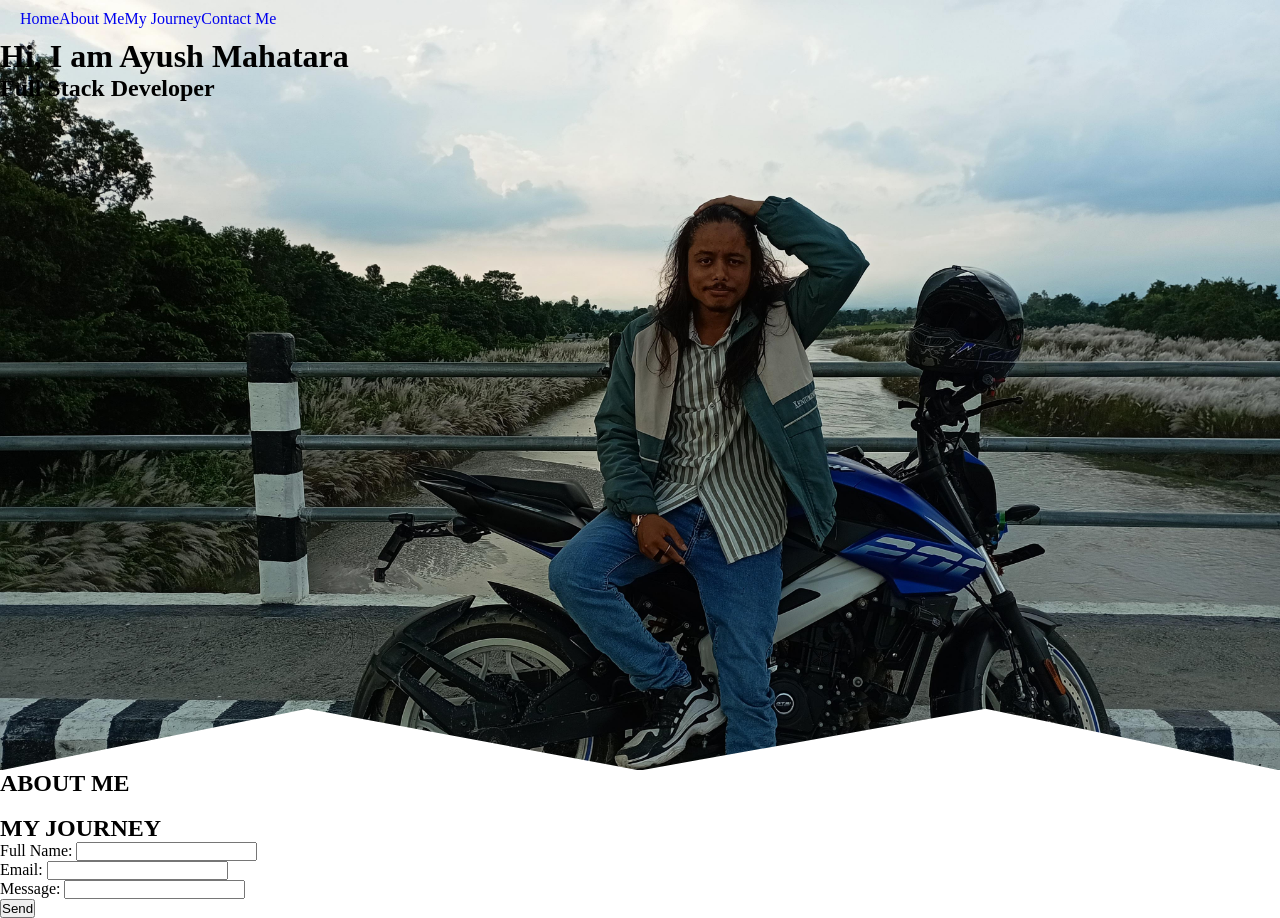
Repository: AyushMahatara/personal-website
Page: New folder/index.html
An editor plug-in stored every save of this project. The page is shown before and after a run of saves, followed by the edit.
The browser window is 1280 px wide. The pictures show the whole page.
Backgrounds fixed to the window are drawn as part of the page.

Above is the page before, as saved 2023-07-19 22:50:48.

### New folder/index.html
<!DOCTYPE html>
<html lang="en">
  <head>
    <meta charset="UTF-8" />
    <meta name="viewport" content="width=device-width, initial-scale=1.0" />
    <link rel="stylesheet" href="/style.css" />
    <title>GA</title>
  </head>

  <style></style>
  <body>
    <header>
      <div class="first">
        <div>
          <nav>
            <a href="#">Home</a>
            <a href="#">About Me</a>
            <a href="#">My Journey</a>
            <a href="#">Contact Me</a>
            <!-- <a href="#">Home</a> -->
          </nav>
        </div>
        <div>
          <h1>Hi, I am Ayush Mahatara</h1>
          <h2>Full Stack Developer</h2>
          <img src="" alt="" />
        </div>
      </div>
    </header>
    <div class="second">
      <h2>ABOUT ME</h2>
      <div class="profilePic">
        <img src="" alt="" />
      </div>
      <div class="aboutMe"></div>
    </div>

    <div class="third">
      <h2>MY JOURNEY</h2>
      <div class="experience"></div>
    </div>

    <div class="contactMe">
      <div>
        <form action="">
          <div>
            <label for="">Full Name:</label>
            <input type="text" />
          </div>
          <div>
            <label for="">Email:</label>
            <input type="email" required />
          </div>
          <div>
            <label for="">Message:</label>
            <input type="textarea" />
            <div>
              <button type="submit">Send</button>
            </div>
          </div>
        </form>
      </div>
    </div>

    <footer>
      <div>
        <div>
          <a href=""></a>
          <a href=""></a>
        </div>
      </div>
    </footer>
  </body>
</html>

### New folder/style.css
* {
  margin: 0;
  padding: 0;
  text-decoration: none;
}
header {
  background-image: url("/background.jpg");
  background-size: cover;
  background-position: top;
  background-repeat: no-repeat;
  background-attachment: fixed;
  width: 100%;
  height: 107vh;
  position: relative;
  clip-path: polygon(
    0 0,
    0 100%,
    24% 92%,
    50% 100%,
    77% 92%,
    100% 100%,
    100% 0
  );

  overflow: hidden;
}

nav {
  /* float: right; */
  display: flex;

  padding: 10px 20px;
}

After the next 2 saves:
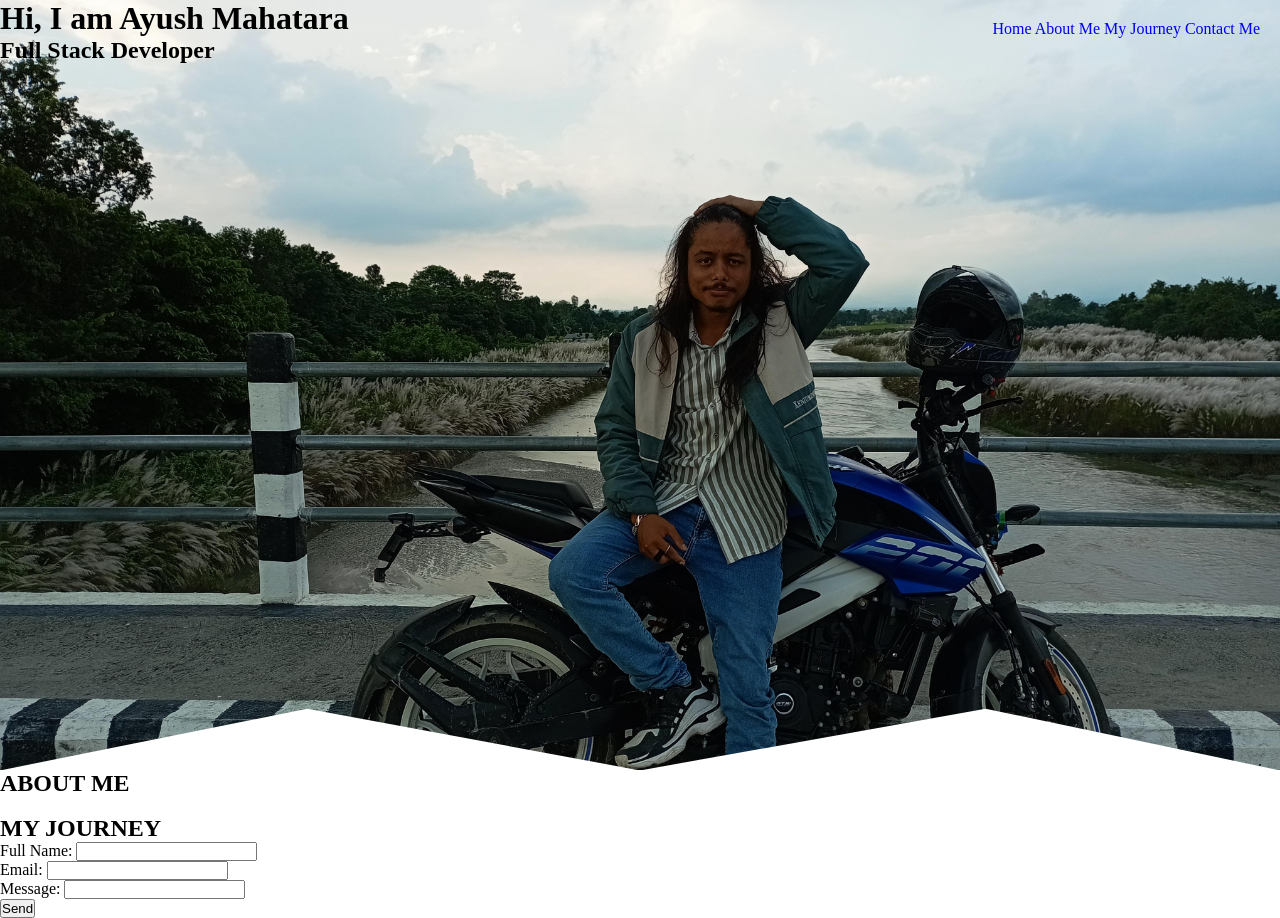
The 2 saves are shown as one change because they came seconds apart.
The last was saved 2 min 10 s later.
--- a/New folder/style.css
+++ b/New folder/style.css
@@ -26,8 +26,6 @@ header {
 }
 
 nav {
-  /* float: right; */
-  display: flex;
-
-  padding: 10px 20px;
+  float: right;
+  padding: 20px;
 }
